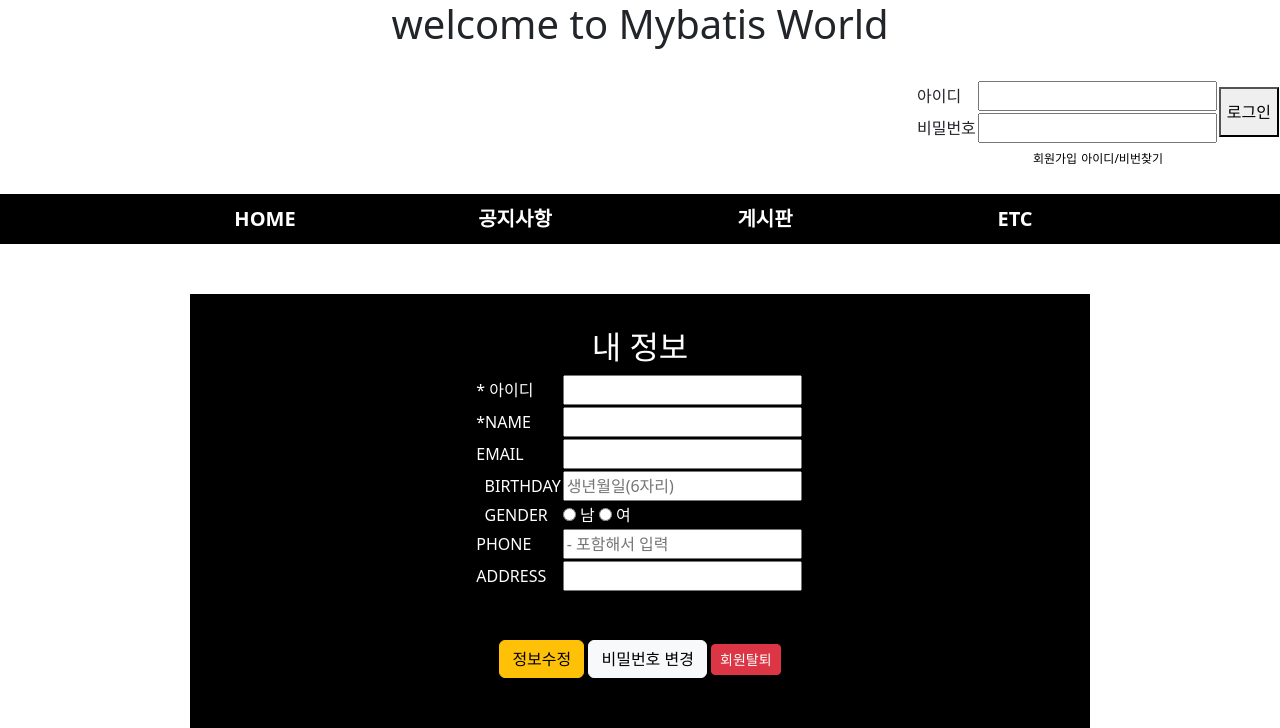
Repository: eru2/Study
Page: http://localhost/mybatisProject/views/member/myPage.jsp
These files come from the project's save history. The page is drawn as it stood at one moment and after the next save; the edit follows.
The browser window is 1280 px wide. The pictures show the whole page.
The page is served by Tomcat 10.

Above is the page before, as saved 2025-03-07 00:07:45.
Console error: ReferenceError: interest is not defined

After the next save:
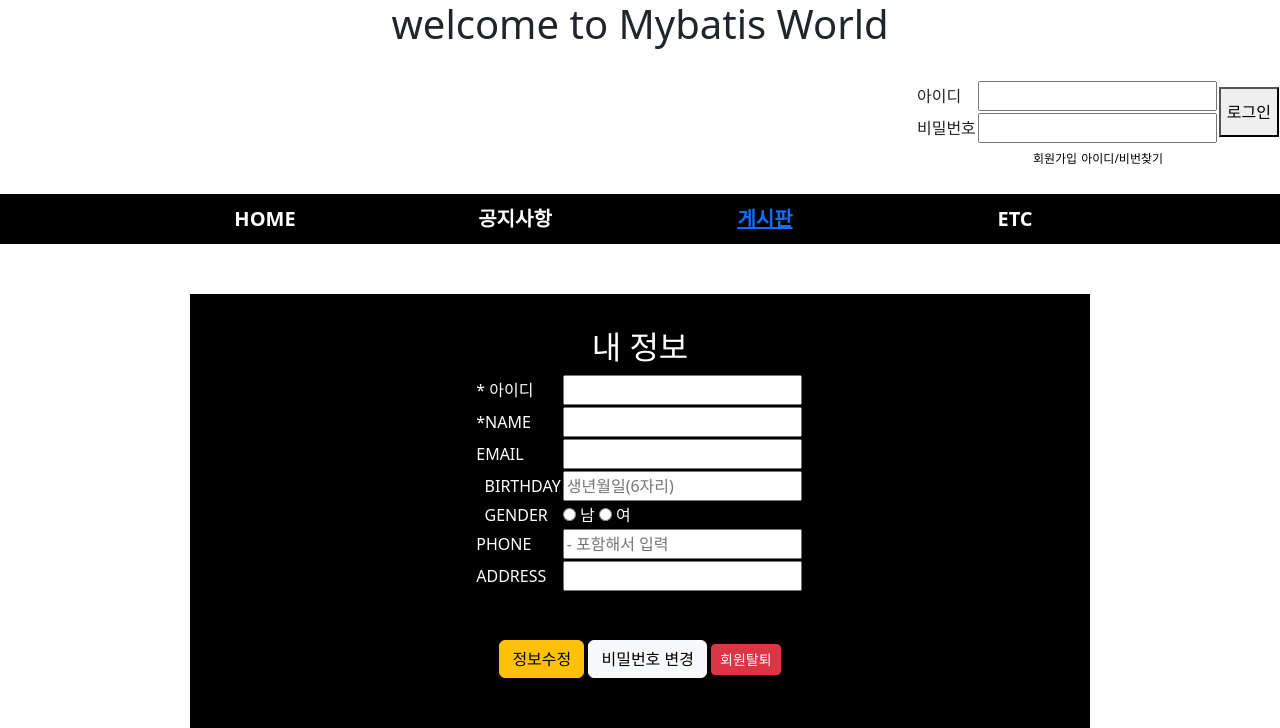
Saved 10 min 29 s later.
--- a/08_MyBatis/mybatisProject/src/main/webapp/views/common/menubar.jsp
+++ b/08_MyBatis/mybatisProject/src/main/webapp/views/common/menubar.jsp
@@ -88,7 +88,7 @@
     <div class="nav-area" align="center">
         <div class="menu">HOME</div>
         <div class="menu">공지사항</div>
-        <div class="menu">게시판</div>
+        <div class="menu"><a href="list.bo">게시판</a></div>
         <div class="menu">ETC</div>
     </div>
 </body>
